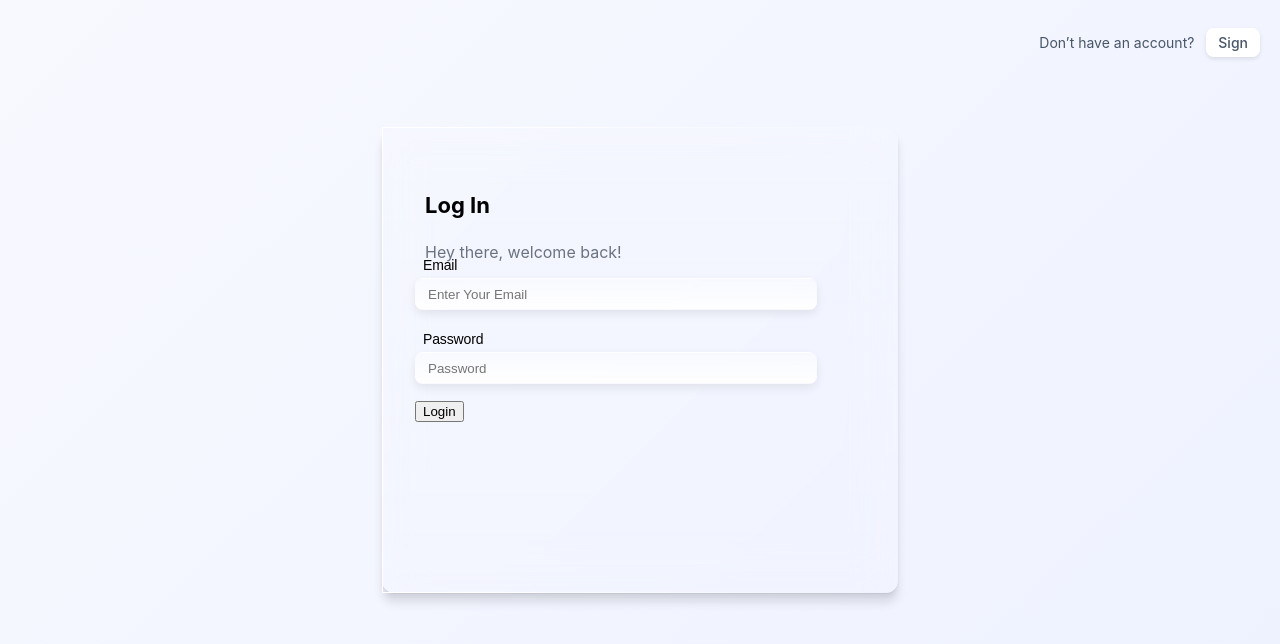
Repository: AfifaNoor/Admin_Panel-React-
Page: /
These files come from the project's save history. The page is drawn as it stood at one moment and after the next save; the edit follows.
The browser window is 1280 px wide. The pictures show the whole page.
The project was rebuilt for these pictures with package versions that can differ from the ones it lists, and the page was loaded fresh each time. Also part of the build but not shown: src/SignUp.jsx.

Above is the page before, as saved 2025-07-10 17:42:17.

### src/App.js
import React from 'react'
import LoginPage from './LoginPage'
import { RouterProvider } from 'react-router-dom'
import Router from './Router'

const App = () => {
  return (
    <>
      {/* <RouterProvider router={Router}/> */}
      <LoginPage/>
    </>


  )
}

export default App

### src/LoginPage.jsx
import React, { useState } from 'react'
// import {Navigate, useNavigate} from 'react-router-dom';
import "./LoginPage.css"
import { ToastContainer, toast } from 'react-toastify';
import 'react-toastify/dist/ReactToastify.css';

const LoginPage = () => {
    const[email , setEmail]=useState('')
    const [password , setPassword] = useState('')
    // const navigate= useNavigate();

const handleSubmit =(e)=>{
    e.preventDefault();

 const hardcoreMail="login@gmail.com";
 const hardcorePassword = '1234567'

    if (email=== hardcoreMail && password === hardcorePassword){
        alert("Login Successfull")

    }else{
        alert("Invalid Credential")
    }

}



  return (
 <div className="login-container">

      <div className="signup-redirect">
        <p>
          Don’t have an account?{' '}
          {/* <span className="signup-link" onClick={() => navigate('/sign-up')}> */}
            {/* Sign Up */}
          {/* </span> */}
          <span className="signup-link" >
            Sign
          </span>
        </p>
      </div>



    <div>



    </div>

      <form className="login-form" onSubmit={handleSubmit}>
      <div className="title">
        <h1>Log In</h1>
        <p>Hey there, welcome back!</p>
      </div>
      <label className='form-label'>Email</label>
        <input
          type="email"
          className="form-input"
          value={email}
          placeholder="Enter Your Email"
          onChange={(e) => setEmail(e.target.value)}
          required
        />

        <label className='form-label'>Password</label>
        <input
          type="password"
          className="form-input"
          placeholder="Password"
          value={password}
          onChange={(e) => setPassword(e.target.value)}
          required
        />

        <button className="login-btn" type="submit">
          Login
        </button>

        {/* <ToastContainer /> */}
      </form>
    </div>
  );
}

export default LoginPage

### src/Router.jsx
import React from 'react';
import { createBrowserRouter , createRoutesFromElements , Route } from 'react-router-dom';
import LoginPage from './LoginPage';
import SignUp from './SignUp';

const Router = createBrowserRouter(
  createRoutesFromElements(
    <>

      <Route path='/sign-up' element={<SignUp/>}/>
      <Route path='login-page' element={<LoginPage/>}/>
    </>
  )
)

export default Router;

### src/LoginPage.css
.login-container {
  width: 100%;
  height: 100vh;
  /* background: #FFFFFF; */
  opacity: 1;
  transform: rotate(0deg);
  display: flex;
  justify-content: center;
  align-items: center;
  background: linear-gradient(135deg, #f8f9ff, #eef2ff);
  flex-direction: column;
  /* font-family: 'Inter','sans-serif'; */
  position: relative;


}
.signup-redirect {
  position: absolute;
  top: 20px;
  right: 20px;
  font-size: 14px;
  color: #475569;
}

.signup-link {
  background: #ffffff;
  border-radius: 8px;
  padding: 6px 12px;
  margin-left: 8px;
  box-shadow: 0 2px 4px rgba(0,0,0,0.1);
  cursor: pointer;
  font-weight: 500;
  transition: all 0.3s ease;
}

.signup-link:hover {
  background: #f0f0f0;
}


.title{
  z-index: 3;
  width: 380px;
  height: 72px;
  opacity: 1;
  gap: 10px;
  padding: 10px;
  /* margin-bottom: 550px; */
  /* box-shadow: 0 4px 12px rgba(0, 0, 0, 0.1); */

}

.title h1 {
width: 380px;
height: 40px;
font-family: 'Inter', sans-serif;
font-weight: 600px;
font-size: 22px;
line-height: 40px;
letter-spacing: -1%;
margin-bottom: 8px;
}

.title p{
  font-size: 16px;
  font-style: Inter;
  font-weight: 400px;
  font-style:normal;
  line-height: 22px;
  /* letter-spacing: -1%; */
  color: rgba(107, 114, 128, 1);
  margin-bottom: 24px;
  /* margin-bottom: 5px; */

}

.login-form{
  width: 450px;
  height: 400px;
  /* position: absolute; */
  /* top: 150.5px; */
  /* left: 482px; */
  border-radius: 12px;
  padding: 32px;
  gap: 10px;
  opacity: 1;
  flex-direction: column;

  z-index: 2;

  background: linear-gradient(180deg, rgba(255, 255, 255, 0) -9.58%, rgba(255, 255, 255, 0.052) 100%);
  border: 1px solid transparent;
  border-image-source: linear-gradient(93.78deg, #FFFFFF 8.04%, rgba(255, 255, 255, 0) 100%);
  border-image-slice: 1;


-webkit-backdrop-filter: blur(20px);
backdrop-filter: blur(20px);

box-shadow:
  0px 10px 10px 0px rgba(0, 0, 0, 0.10),
  0px 4px 4px 0px rgba(0, 0, 0, 0.05),
  0px 1px 0px 0px rgba(0, 0, 0, 0.05),
  inset 0px 20px 50px 0px rgba(255, 255, 255, 0.15);

}

.form-label{
width: 380px;
height: 22px;
transform: rotate(0deg);
opacity: 1;
gap: 12px;
text-align: left;

font-family: 'Intern',sans-serif;
font-weight: 500px;
font-size: 14px;
line-height: 22px;
letter-spacing: -0.01em;

color:black;


border: none;
border-radius: 6px;
padding: 2px 8px;
cursor: pointer;
display: inline-flex;
/* align-items: left; */
justify-content: left;

}

.form-input{

 width: 380px;
  height: 20px;
  min-width: 140px;
  max-width: 500px;
  transform: rotate(0deg);
  opacity: 1;
  border-radius: 8px;
  border-width: 1px;
  padding: 5px 8px 5px 12px;
  gap: 8px;
  margin-bottom: 16px;

  background: linear-gradient(0deg, rgba(255, 255, 255, 0.9) 0%, rgba(255, 255, 255, 0.4) 100%);
  border: 1px solid transparent; /* fallback for border-image */

  border-image:
    linear-gradient(0deg, rgba(255, 255, 255, 0.1), rgba(255, 255, 255, 0.1)),
    linear-gradient(360deg, rgba(255, 255, 255, 0.5) 0%, rgba(255, 255, 255, 0) 100%);
  border-image-slice: 1;


  -webkit-backdrop-filter: blur(20px);
  backdrop-filter: blur(20px);
  box-shadow: 0 4px 10px rgba(0,0,0,0.08);
  cursor: pointer;
}

Loaded but not shown: public/index.html (common file); src/index.js (common file); src/index.css (common file); src/reportWebVitals.js (common file)

After the next save:
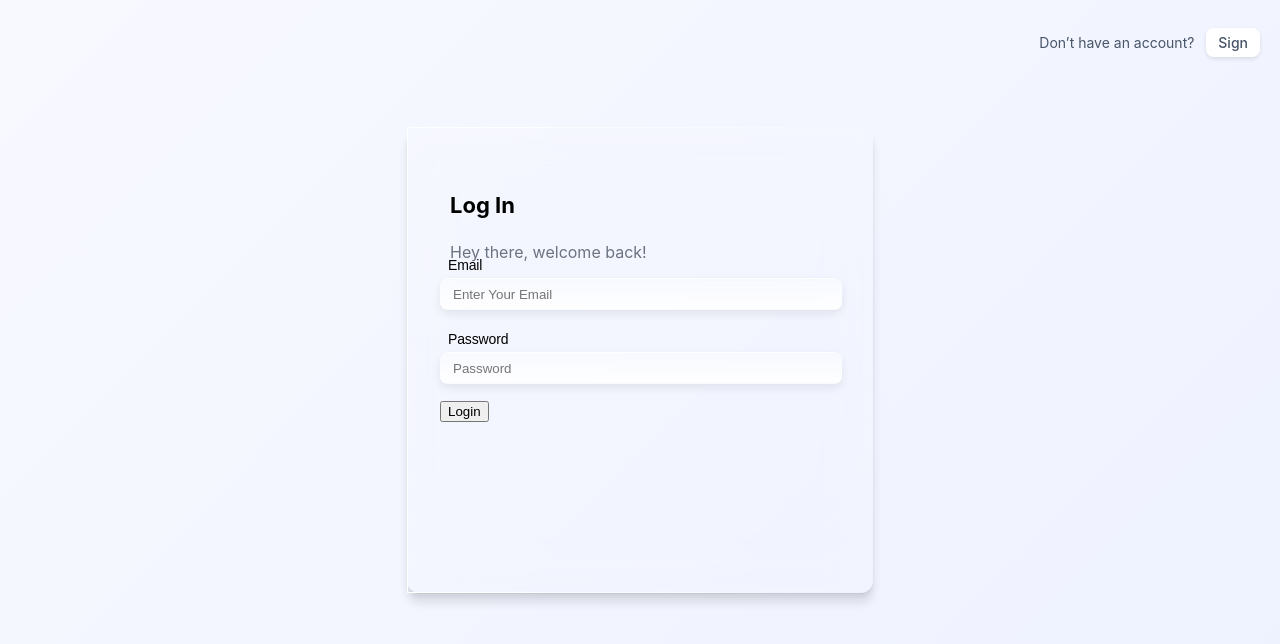
Saved 58 s later.
--- a/src/LoginPage.css
+++ b/src/LoginPage.css
@@ -75,7 +75,7 @@ margin-bottom: 8px;
 }
 
 .login-form{
-  width: 450px;
+  width: 400px;
   height: 400px;
   /* position: absolute; */
   /* top: 150.5px; */
